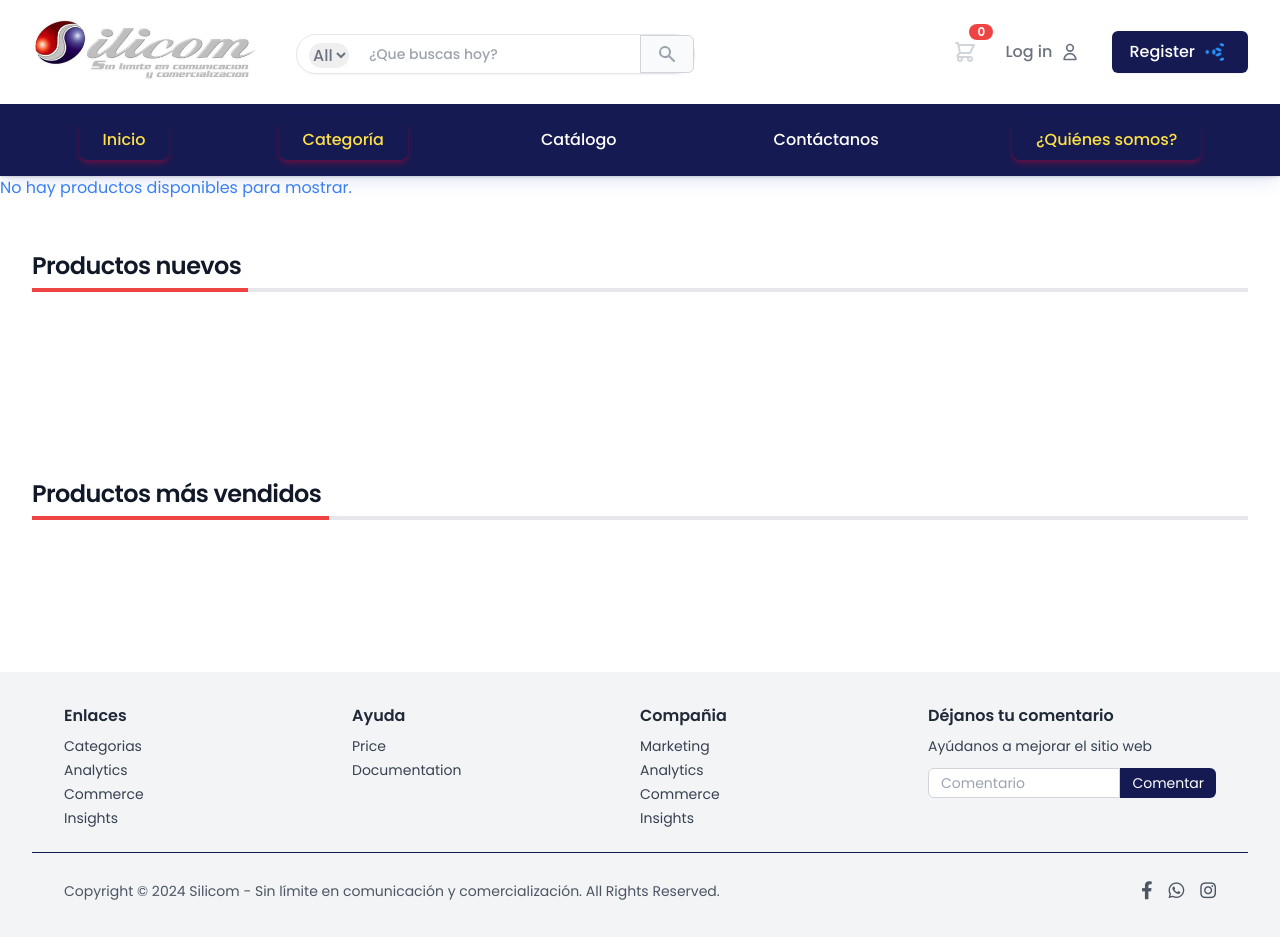
Repository: Francovg18/ecommerce
Page: /
An editor plug-in stored every save of this project. The page is shown before and after the next save, followed by the edit.
The browser window is 1280 px wide. The pictures show the whole page.
The page's requests for data from a server got no answer. The project was rebuilt for these pictures with package versions that can differ from the ones it lists, and the page was loaded fresh each time. No one was signed in, and anything a server would have sent is missing. Also part of the build but not shown: src/contenedores/errors/Error404.jsx, src/contenedores/auth/Signup.js, src/contenedores/auth/Login.js, src/contenedores/auth/Activate.js, src/contenedores/auth/ResetPassword.js, src/contenedores/auth/ResetPasswordConfirm.js, src/componentes/product/ProductCard.js, src/helpers/fixedPrices.js and 27 more.

Above is the page before, as saved 2025-01-18 00:58:01.

After the next save:
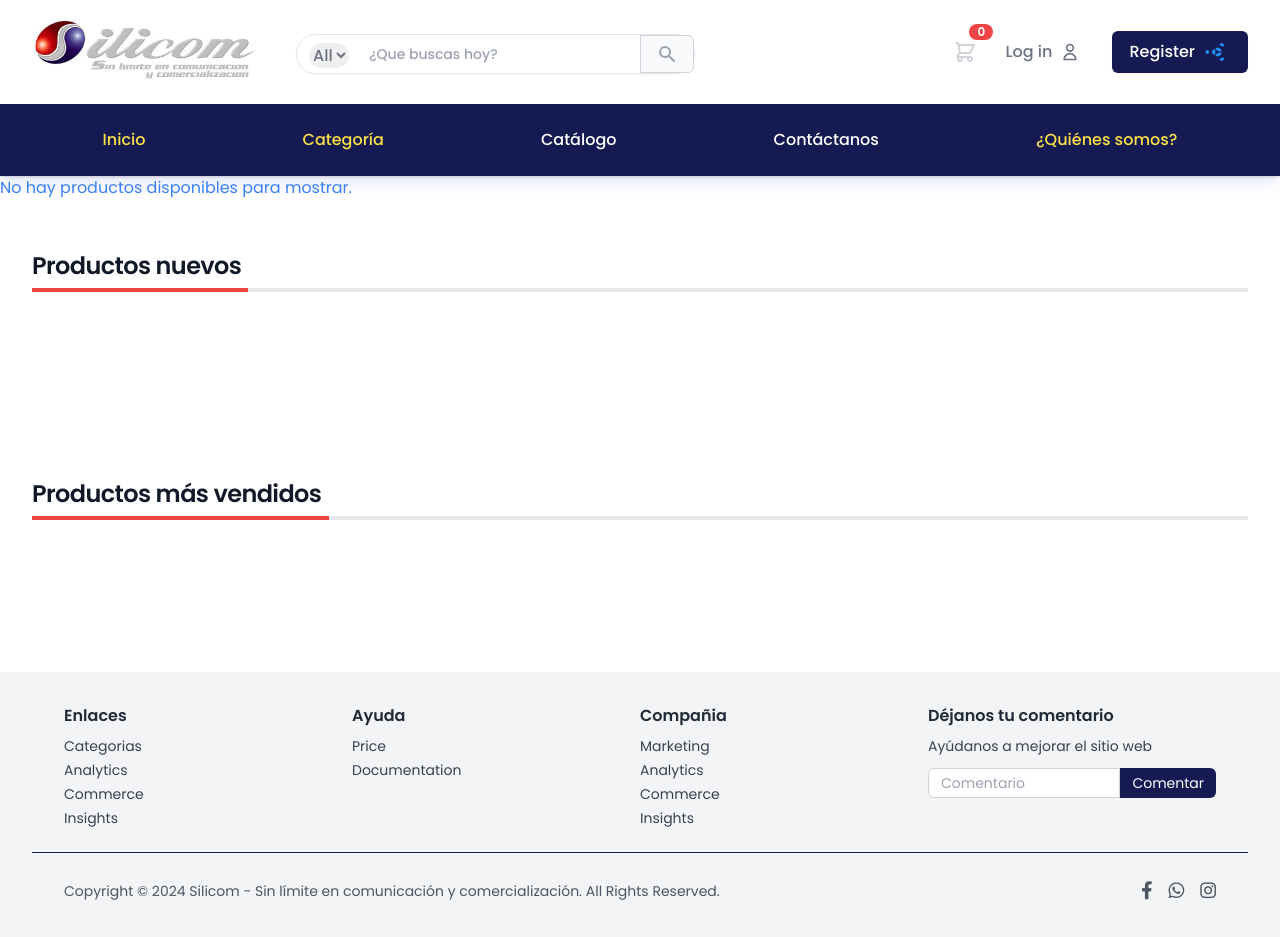
Saved 10 s later.
--- a/src/componentes/navegacion/Navbar.js
+++ b/src/componentes/navegacion/Navbar.js
@@ -217,7 +217,7 @@
         `relative text-base font-medium transition-all duration-300 ease-in-out px-6 py-2
         rounded-lg group ${
           isActive
-            ? " shadow-md shadow-royal-purple/100 text-yellow-300"
+            ? "bg-midnight-blue  shadow-royal-purple/100 text-yellow-300"
             : "hover:bg-midnight-blue/100 hover:text-crimson-red"
         }`
       }

After the save that followed:
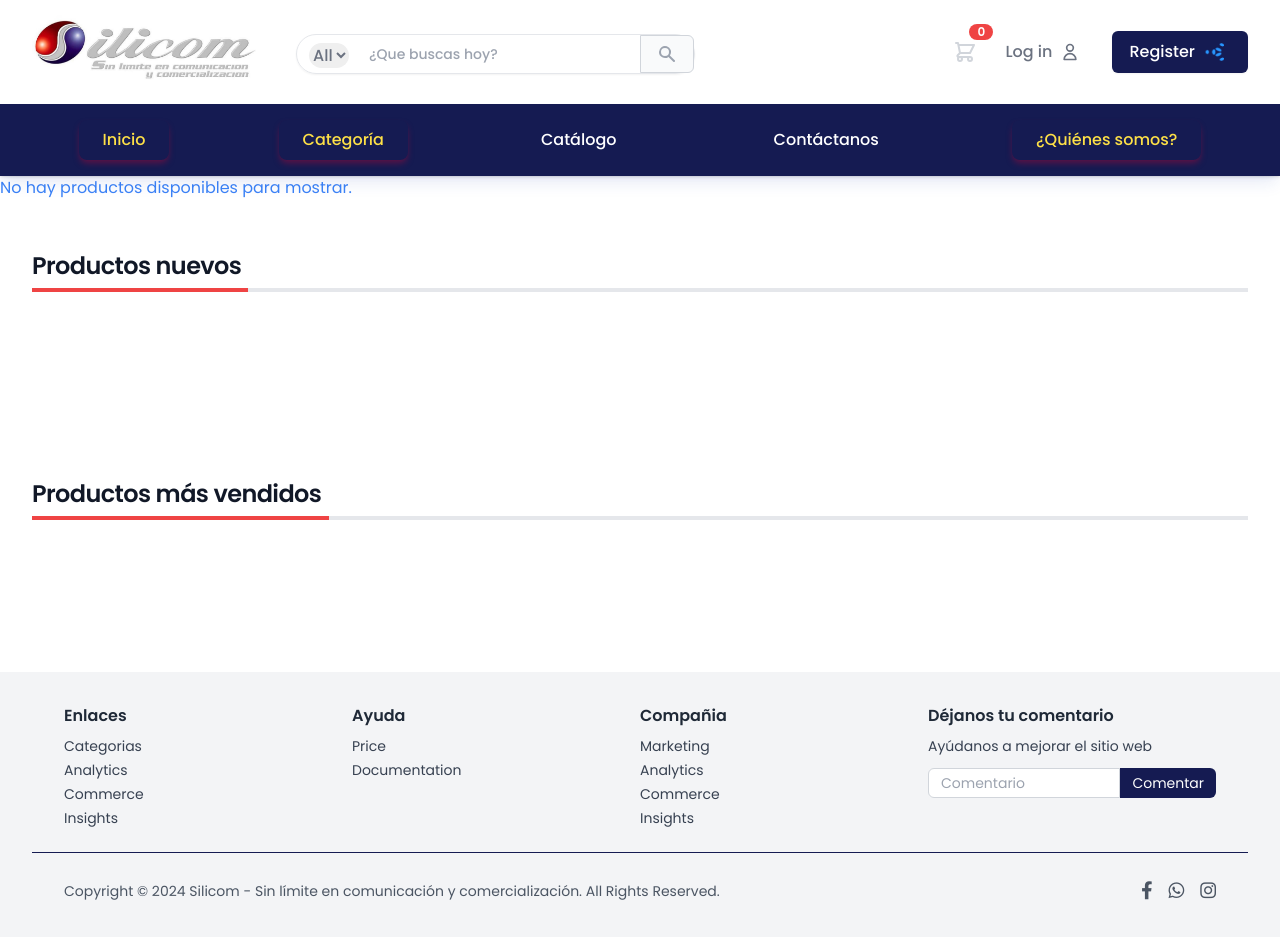
Saved 78 s later.
--- a/src/componentes/navegacion/Navbar.js
+++ b/src/componentes/navegacion/Navbar.js
@@ -217,15 +217,13 @@
         `relative text-base font-medium transition-all duration-300 ease-in-out px-6 py-2
         rounded-lg group ${
           isActive
-            ? "bg-midnight-blue  shadow-royal-purple/100 text-yellow-300"
+            ? "bg-midnight-blue shadow-[0_4px_6px_-1px_rgba(93,18,69,1)] text-yellow-300"
             : "hover:bg-midnight-blue/100 hover:text-crimson-red"
         }`
       }
     >
       <span
-        className={
-          "hover:text-white hover:drop-shadow-[0_0_4px_red] transition-all duration-300"
-        }
+        className="hover:text-crimson-red hover:drop-shadow-[0_0_4px_white] transition-all duration-300"
       >
         {item.label}
       </span>
@@ -267,6 +265,7 @@
 
 
 
+
       </div>
 
       <Transition
